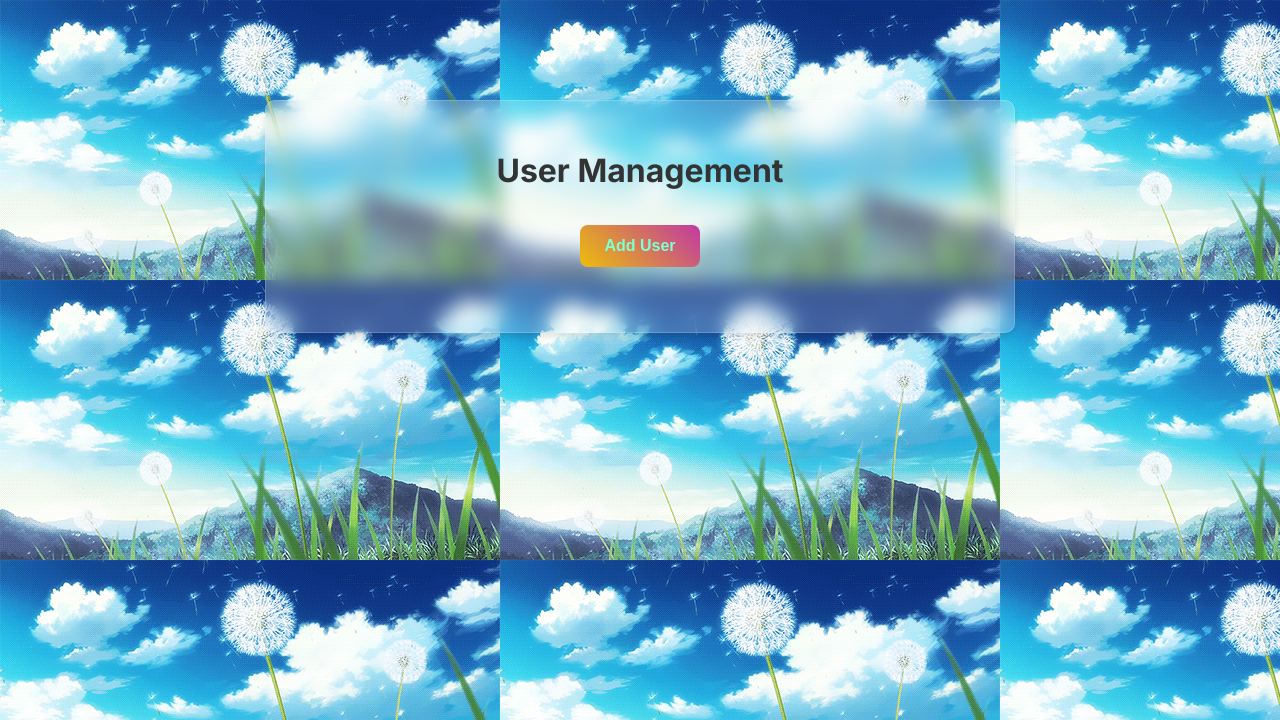
Repository: EeeeeEyyyy/crud-proj
Page: /
The author's editor kept a copy of each file at every save. The page is drawn from the files as they stood at one save, then again after the next save.
The browser window is 1280 px wide. The pictures show the whole page.
The page's requests for data from a server got no answer. The project was rebuilt for these pictures with package versions that can differ from the ones it lists, and the page was loaded fresh each time. The framework's server and built-in components were replaced by stand-ins that run in the browser. No one was signed in, and anything a server would have sent is missing. Also part of the build but not shown: next.config.mjs.

Above is the page before, as saved 2024-06-25 09:21:48.

After the next save:
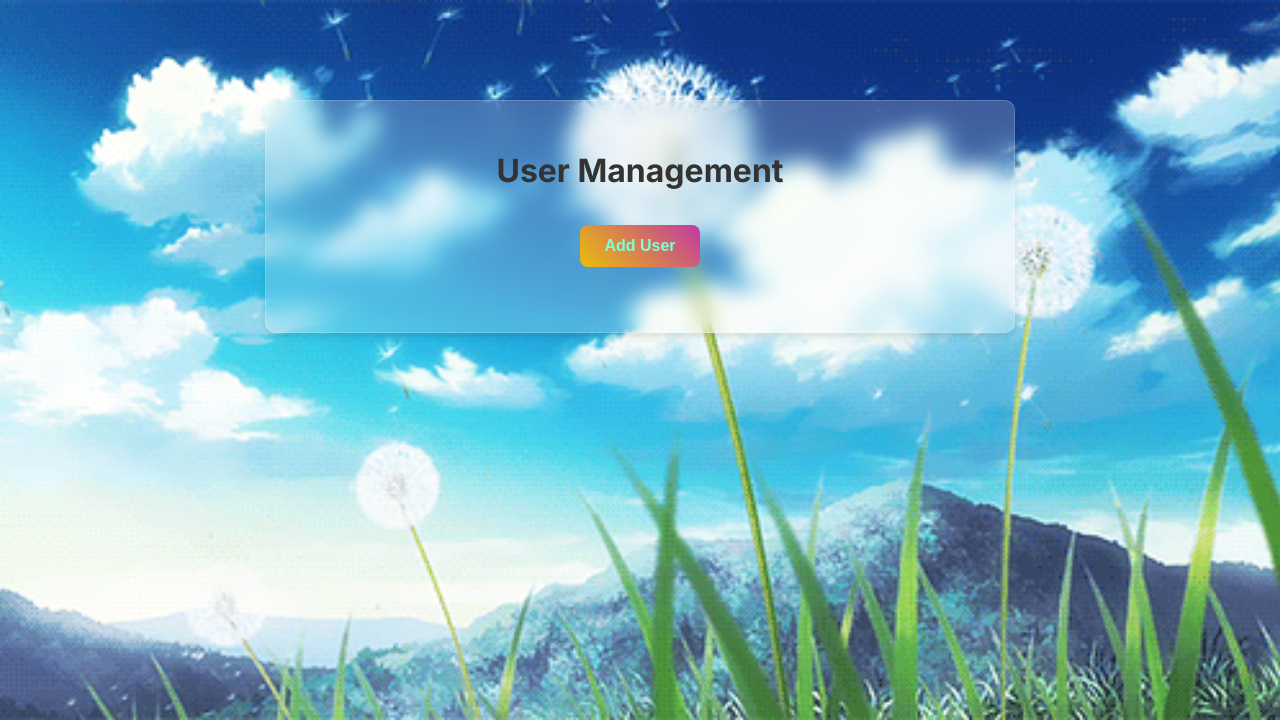
Saved 20 s later.
--- a/src/app/globals.css
+++ b/src/app/globals.css
@@ -9,6 +9,8 @@ body {
   max-width: 100vw;
   overflow-x: hidden;
   background: url(g.gif);
+  background-size: cover;
+  background-position: center;
   height: 100%;
   margin: 0;
   padding: 0;
